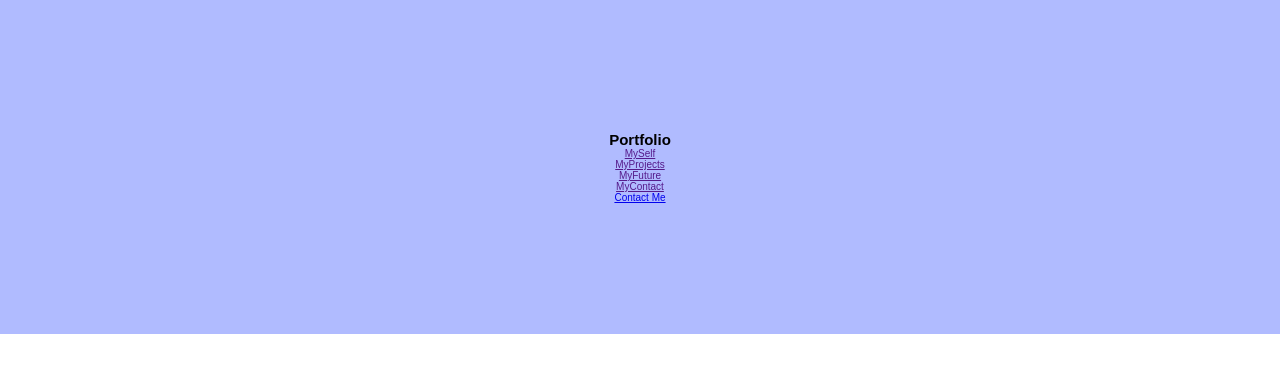
Repository: ChristianGecchelin/PortfolioOnline
Page: index.html
These files come from the project's save history. The page is drawn as it stood at one moment and after the next save; the edit follows.
The browser window is 1280 px wide. The pictures show the whole page.

Above is the page before, as saved 2022-01-08 11:45:32.

After the next save:
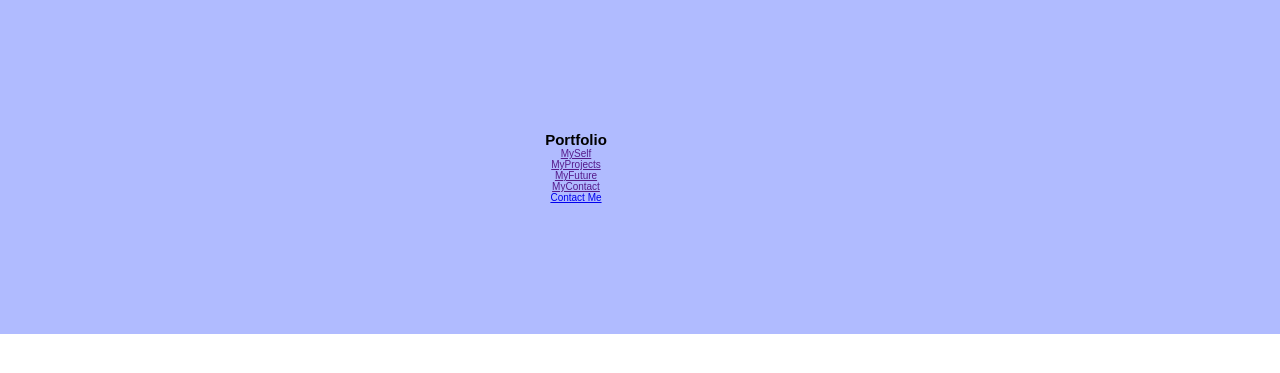
Saved 9 s later.
--- a/styles/styles.css
+++ b/styles/styles.css
@@ -32,7 +32,7 @@
   display: flex;
   flex-direction: column;
   justify-content: center;
-  width: 100%;
+  width: 90%;
   min-width: 320px;
   height: 334px;
   text-align: center;

After the save that followed:
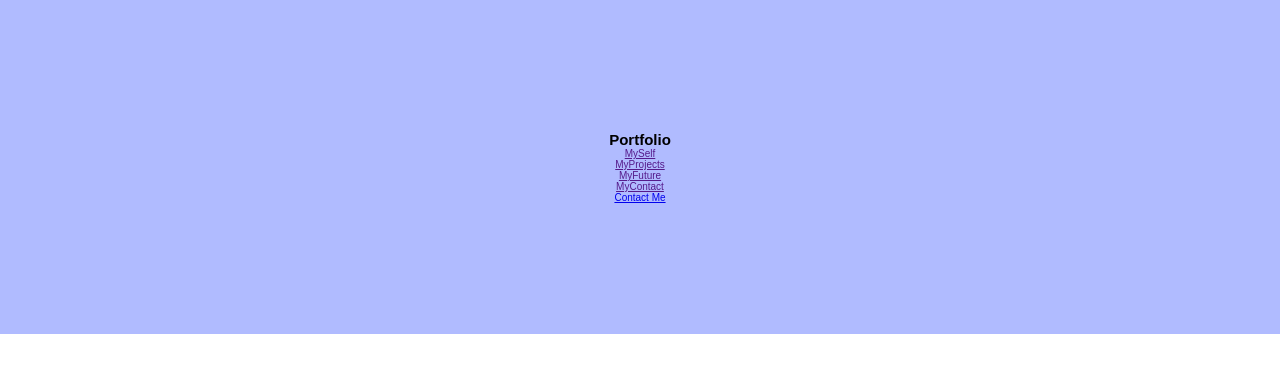
Saved 25 s later.
--- a/styles/styles.css
+++ b/styles/styles.css
@@ -32,7 +32,7 @@
   display: flex;
   flex-direction: column;
   justify-content: center;
-  width: 90%;
+  width: 100%;
   min-width: 320px;
   height: 334px;
   text-align: center;
